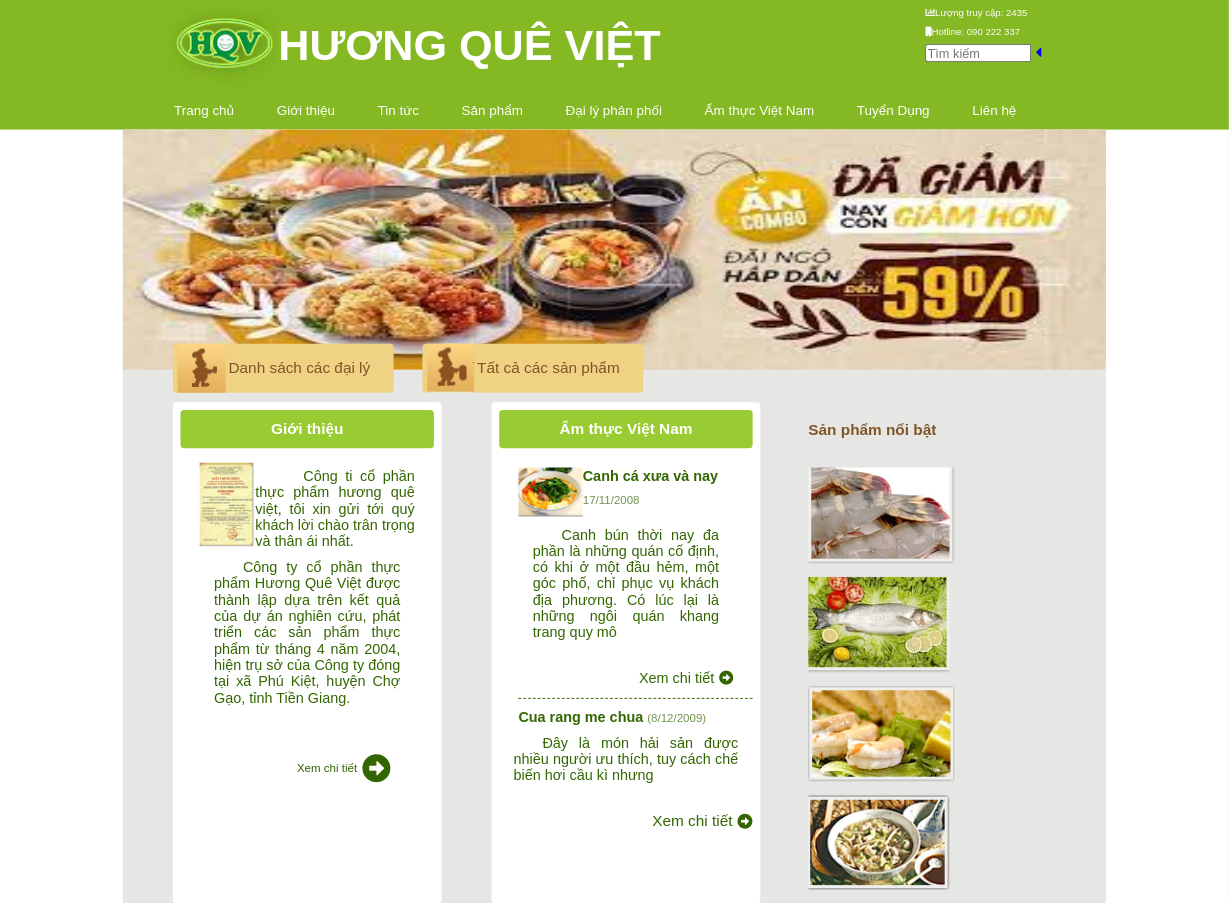
Repository: NgocTruong0701/Self_Learning
Page: html/practice/Baitapweb/index.html
These files come from the project's save history. The page is drawn as it stood at one moment and after the next save; the edit follows.
The browser window is 1280 px wide. The pictures show the whole page, at 96% of full size.

Above is the page before, as saved 2021-10-06 22:23:09.

### html/practice/Baitapweb/index.html
<!DOCTYPE html>
<html>
    <head>
        <title>Web Bài 4</title>
        <meta charset="UTF-8">
        <meta name="author" content="Lê Ngọc Trường">
        <link rel="stylesheet" type="text/css" href="./assets/css/styles.css">
        <link rel="stylesheet" href="./assets/font/fontawesome-free-5.15.4-web/css/all.css">
    </head>

    <body>
        <!-- Begin Header -->
        <header>
            <!-- Banner -->
            <div id="banner">
                <!-- Khối bên trái -->
                <div class="box-left">
                    <!-- logo -->
                    <div class="logo">
                        <img src="./assets/pictures/logo/logo.jpg" alt="logo">
                    </div>

                    <!-- tiêu đề -->
                    <div class="header-heading">
                        hương quê việt
                    </div>
                </div>

                <!-- khối bên phải -->
                <div class="box-right">
                    <div class="thongtin">
                        <div class="ltruycap">
                            <i class="fas fa-chart-bar"></i>
                            <p>Lượng truy cập: 2435</p>
                        </div>

                        <div class="ltruycap">
                            <i class="fas fa-mobile"></i>
                            <p>Hotline: 090 222 337</p>
                        </div>
                    </div>

                    <div class="search">
                        <form action="url" method="GET" >
                            <input type="text" placeholder="Tìm kiếm" class="onhap">
                            <a href="#">
                                <i class="fas fa-caret-left"></i>
                            </a>
                        </form>
                    </div>
                </div>
            </div>

            <!-- menu header -->
            <div class="menu-header">
                <ul class="menu-tren">
                    <li><a href="#">Trang chủ</a></li>
                    <li><a href="#">Giới thiệu</a></li>
                    <li><a href="#">Tin tức</a></li>
                    <li><a href="#">Sản phẩm</a></li>
                    <li><a href="#">Đại lý phân phối</a></li>
                    <li><a href="#">Ẩm thực Việt Nam</a></li>
                    <li><a href="#">Tuyển Dụng</a></li>
                    <li><a href="#">Liên hệ</a></li>
                </ul>
            </div>

        </header>
        <!-- End Header -->

        <!-- Begin Body -->
        <div id="container">
            <div class="box-up">
                <div class="body-banner">
                    <img src="./assets/pictures/banner/banner.jpg" alt="body-banner">
                </div>

                <div class="box-list-title">
                    <div class="body-title">
                        <img src="./assets/pictures/product/BT1_03.gif" alt="daily">

                        <p class="body-list">
                            Danh sách các đại lý
                        </p>
                    </div>

                    <div class="body-title">
                        <img src="./assets/pictures/product/BT1_05.gif" alt="daily">

                        <p class="body-list">
                            Tất cả các sản phẩm
                        </p>
                    </div>
                </div>
            </div>


            <div class="box-down">
                <div class="introduce">
                    <p class="title-introduce">Giới thiệu</p>

                    <div class="box-introduce-first">
                        <img src="./assets/pictures/product/BT1_10.gif" alt="chứng nhận" class="image-box-left">

                        <p class="line-first">Công ti cổ phần thực phẩm hương quê việt, tôi xin gửi tới quý khách lời chào trân trọng và thân ái nhất.</p>

                        <p class="line-second">
                            Công ty cổ phần thực phẩm Hương Quê Việt được thành lập dựa trên kết quả của dự án nghiên cứu, phát triển các sản phẩm thực phẩm từ tháng 4 năm 2004, hiện trụ sở của Công ty đóng tại xã Phú Kiệt, huyện Chợ Gạo, tỉnh Tiền Giang.
                        </p>
                    </div>

                    <div class="more">
                        <p class="text-more">Xem chi tiết</p>

                        <i class="fas fa-arrow-alt-circle-right first-icon"></i>
                    </div>
                </div>

                <div class="review">
                    <p class="title-introduce">Ẩm thực Việt Nam</p>

                    <div class="box-review-first">
                        <img src="./assets/pictures/product/BT1_13.gif" alt="chứng nhận" class="image-box-left">

                        <div class="reviewer">
                            <p class="heading-up">Canh cá xưa và nay</p>

                            <p class="time">17/11/2008</p>
                        </div>


                        <p class="line-second">
                            Canh bún thời nay đa phần là những quán cố định, có khi ở một đầu hẻm, một góc phố, chỉ phục vụ khách địa phương. Có lúc lại là những ngôi quán khang trang quy mô
                        </p>
                        <div class="more-second">
                            <p class="text-more">Xem chi tiết</p>

                            <i class="fas fa-arrow-alt-circle-right second-icon"></i>
                        </div>
                    </div>

                    <div class="box-introduce-second">
                        <p class="heading-up-review">Cua rang me chua <span>(8/12/2009)</span></p>

                        <p class="line-second">
                            Đây là món hải sản được nhiều người ưu thích, tuy cách chế biến hơi cầu kì nhưng
                        </p>

                        <div class="more-second">
                            <p class="text-more">Xem chi tiết</p>

                            <i class="fas fa-arrow-alt-circle-right second-icon"></i>
                        </div>
                    </div>

                </div>



                <div class="list-introduce">
                    <p class="heading-list-introduce">
                        Sản phẩm nổi bật
                    </p>

                    <div class="picture-introduce">
                        <img src="./assets/pictures/product/BT1_16.gif" alt="one" class="img-introduce">
                        <img src="./assets/pictures/product/BT1_18.gif" alt="one" class="img-introduce">
                        <img src="./assets/pictures/product/BT1_24.gif" alt="one" class="img-introduce">
                        <img src="./assets/pictures/product/BT1_25.gif" alt="one" class="img-introduce">
                    </div>


                </div>
            </div>
        </div>
        <!-- End Body -->

        <!-- Begin Footer -->
        <footer>

        </footer>
        <!-- End Footer -->
    </body>
</html>

### html/practice/Baitapweb/assets/css/styles.css
/* RESET CSS */
*{
    padding:0;
    margin: 0;
    box-sizing:border-box;
}

html{
    font-family: Arial, Helvetica, sans-serif;
    color:#fff;
}
/* Begin Header */
header{
    background-color: rgb(132, 185, 35);
    text-align: center;
    width: 100%;
    height: 135px;
}

#banner{
    width: 100%;
    height: 95px;
    display: flex;
    justify-content: space-evenly
}



.header-heading{
    text-transform: uppercase;
    padding-right:100px;
    font-size: 45px;
    font-weight: 700;
}

header .box-left{
    display: flex;
    align-items: center;
}

header .box-right{
    display: inline-block;
    height: 95px;
    position: relative;
    width: 140px;
}

.menu-header{
    height: 40px;
}

.ltruycap{
    display: flex;
    margin: 8px 0;
}

.search{
    position: absolute;
    left:0;

}

.thongtin{
    font-size:10px;
}

.search .onhap{
    width: 110px;
}



.menu-tren li{
    display: inline-block;
    list-style-type:square ;
    margin-right:40px;
}

.menu-tren li a{
    line-height: 40px;
    text-decoration: none;
    color: #fff;
    font-size:14px;
}

.menu-tren li a:hover{
    color: #805528;
}

/* End Header */

/* Begin Container */
#container{
    background: #e6e6e4;
    width: 80%;
    margin-left: auto;
    margin-right: auto;
}
.box-up{
    position: relative;
}

.box-list-title{
    display: inline-flex;
    position: absolute;
    top: 223px;
    left: 52px;
}

.body-title{
    display: flex;
    align-items: center;
    background: #f0d284;
    width: 230px;
    margin-right: 30px;
    border-radius: 4px;
    padding-left:5px;
}

.body-banner img{
    height: 250px ;
    width: 100%;
}

.box-up .body-list{
    color:#7d5527;
    padding-left:3px ;
}

.box-down{
    color: #336600 ;
    display: flex;
}

.box-down .introduce{
    margin-top: 30px;
    max-width: 280px;
    display: inline-block;
    margin-left: 52px;
    background: #fff;
    padding: 8px;
    border-radius: 4px;
}

.box-down .title-introduce{
    background: #99cc33;
    height: 40px;
    line-height: 40px;
    color:#fff;
    text-align:center;
    font-weight: 600;
    border-radius:4px;
}

.box-introduce-first{
    margin: 15px 20px 0 20px;
    font-size:15px;
}

.box-down img.image-box-left{
    float:left;
}

.line-first{
    text-indent: 50px;
    text-align: justify;
    padding:5px 0 0 0;
}

.line-second{
    clear: left;
    margin-top: 5px;
    width: 230x;
    text-align: justify;
}

.more{
    display: flex;
    float: right;
    margin: 50px 45px 50px 0;
    align-items: center;
    cursor:pointer;
}

.more .text-more{
    font-size: 12px;
    margin-right: 5px;
}

.more .first-icon{
    font-size:30px;

}

.review{
    margin-top: 30px;
    max-width: 280px;
    display: inline-block;
    margin-left: 52px;
    background: #fff;
    padding: 8px;
    border-radius: 4px;
}

.heading-up{
    font-weight: 600;
    margin-bottom: 10px;
}

.time{
    font-size:12px;
    opacity: 0.7;
}

.line-second{
    text-indent: 30px;
    padding-top: 10px;
}

.box-review-first{
    margin: 15px 20px 0 20px;
    font-size:15px;

}

.heading-up{
    display: block;
    margin-top: 20px;
}

.more-second{
    display: flex;
    float: right;
    align-items: center;
    cursor: pointer;
    margin-top:30px;
}

.text-more{
    margin-right: 5px;
}

.heading-up-review{
    font-size:15px;
    border-top-style:dashed ;
    border-top-width: thin;
    margin-top: 60px;
    font-weight: 600;
    margin-left: 20px;
    padding-top: 10px;
}

.heading-up-review span{
    font-size:12px;
    opacity: 0.7;
    font-weight: normal;
}

.line-second{
    font-size: 15px;
    margin: 0 15px;
    text-align: justify;
}

.list-introduce{
    margin-left: 50px;
    margin-top: 50px;

}

.list-introduce .heading-list-introduce{
    color:#805528;
    font-weight: bold;
    margin-bottom: 30px;
}

.img-introduce{
    margin: 0 10px 10px 0;
}
/* End Container */

/* Begin Footer */





/* End Footer */

Loaded but not shown: html/practice/Baitapweb/Web4-Webside-LeNgocTruong-2020601391/assets/font/fontawesome-free-5.15.4-web/css/all.css (library)

After the next save:
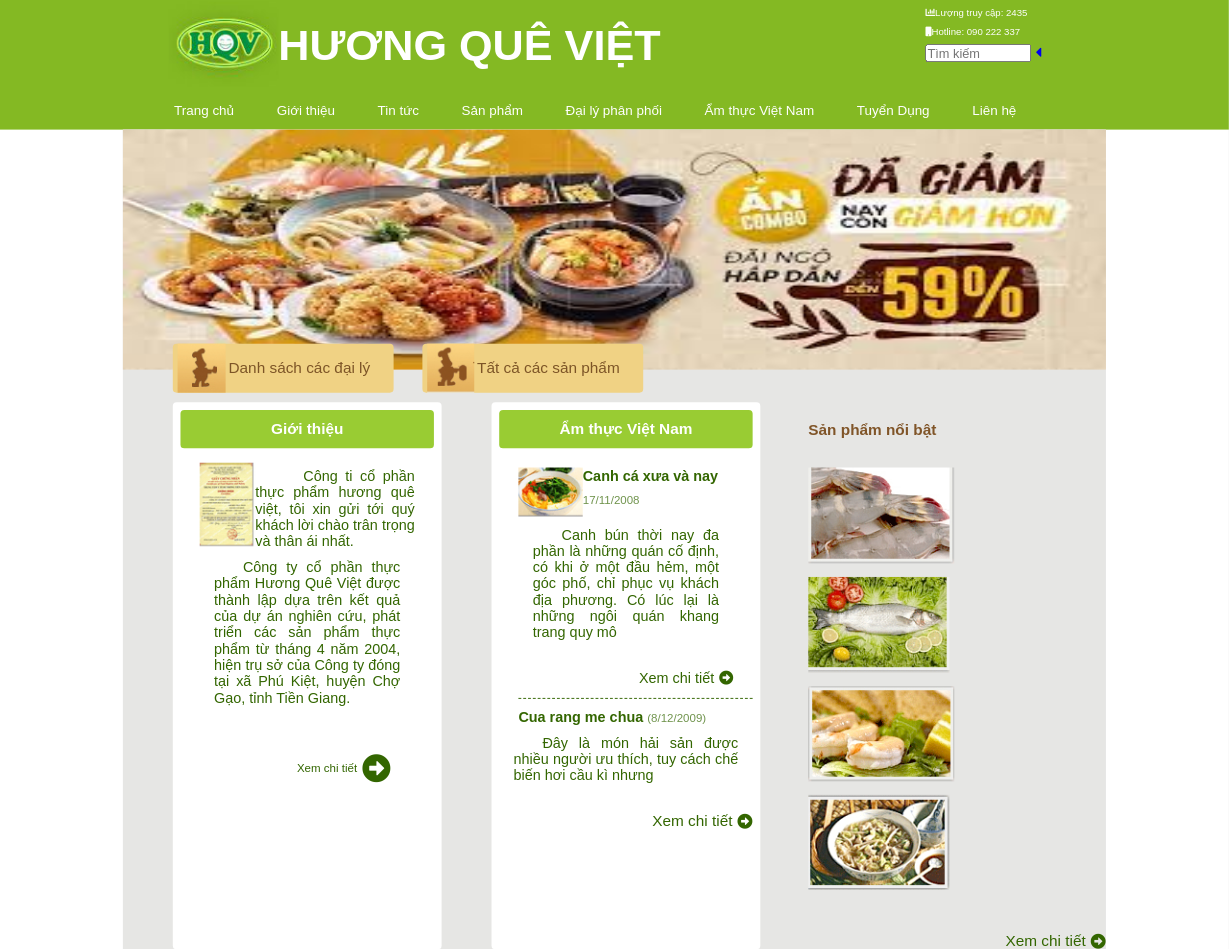
Saved 9 s later.
--- a/html/practice/Baitapweb/index.html
+++ b/html/practice/Baitapweb/index.html
@@ -169,7 +169,11 @@
                         <img src="./assets/pictures/product/BT1_25.gif" alt="one" class="img-introduce">
                     </div>
 
+                    <div class="more-second">
+                        <p class="text-more">Xem chi tiết</p>
 
+                        <i class="fas fa-arrow-alt-circle-right second-icon"></i>
+                    </div>
                 </div>
             </div>
         </div>
